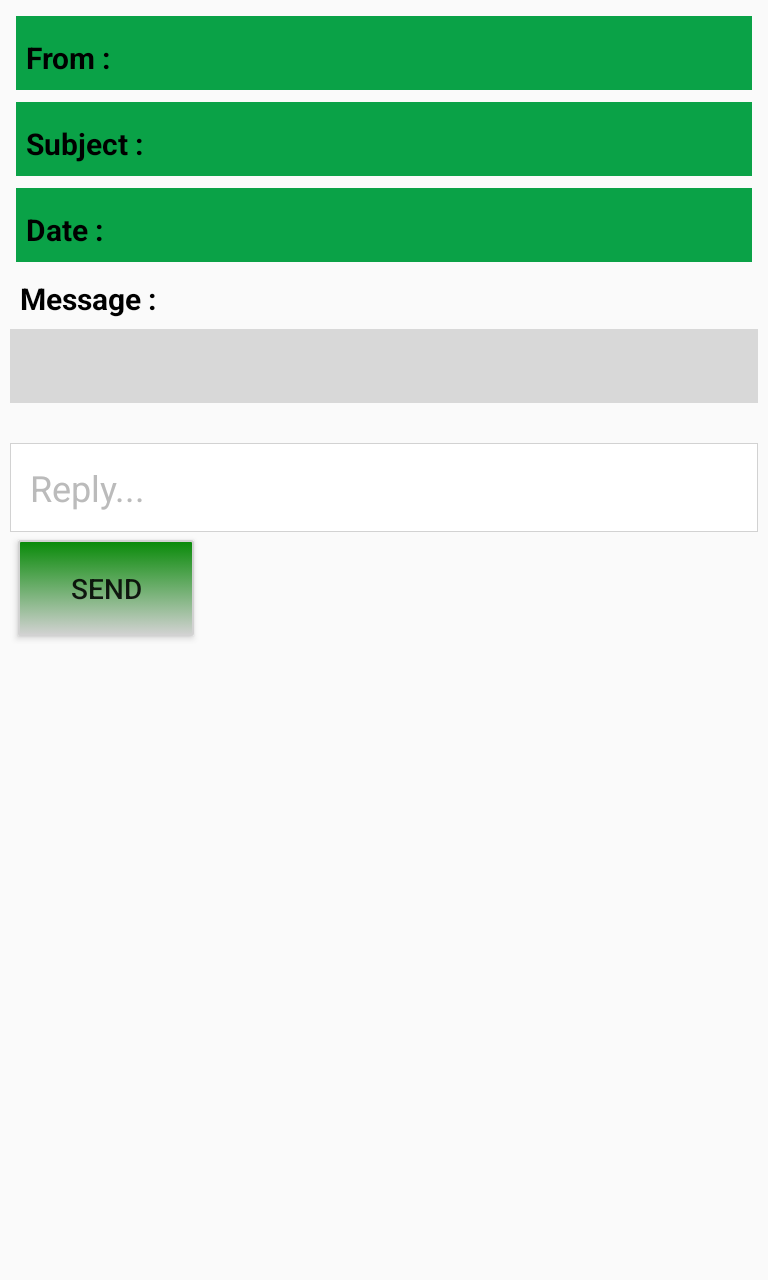
Repository: iguardian2015/iguardian-litchi
Layout: iguardian/res/layout/custom_inbox_view.xml
An editor plug-in stored every save of this project. The layout is shown before and after the next save, followed by the edit.
It is drawn on a 768 x 1280 px phone screen (xhdpi) without system bars, with theme AppTheme; the app's code is not run.

Above is the layout before, as saved 2015-01-10 12:18:12.

### iguardian/res/layout/custom_inbox_view.xml
<?xml version="1.0" encoding="utf-8"?>
<ScrollView xmlns:android="http://schemas.android.com/apk/res/android"
    android:layout_width="fill_parent"
    android:layout_height="fill_parent" >

    <LinearLayout
        android:layout_width="fill_parent"
        android:layout_height="fill_parent"
        android:padding="5dp"
        android:orientation="vertical" >

        <LinearLayout
            android:layout_width="match_parent"
            android:layout_height="wrap_content"
            android:layout_margin="3dp"
            android:background="#0AA247"
            android:orientation="horizontal" >

            <TextView
                android:id="@+id/from"
                android:layout_width="wrap_content"
                android:layout_height="wrap_content"
                android:padding="5dp"
                android:text="From :"
                android:textAppearance="?android:attr/textAppearanceLarge"
                android:textColor="#000000"
                android:textSize="15dp"
                android:textStyle="bold" />

            <TextView
                android:id="@+id/name"
                android:layout_width="wrap_content"
                android:layout_height="wrap_content"
                android:padding="5dp"
                android:textAppearance="?android:attr/textAppearanceLarge"
                android:textColor="#000000"
                android:textSize="20dp"
                android:textStyle="normal" />
        </LinearLayout>

        <LinearLayout
            android:layout_width="match_parent"
            android:layout_height="wrap_content"
            android:layout_margin="3dp"
            android:background="#0AA247"
            android:orientation="horizontal" >

            <TextView
                android:id="@+id/subject"
                android:layout_width="wrap_content"
                android:layout_height="wrap_content"
                android:padding="5dp"
                android:text="Subject :"
                android:textAppearance="?android:attr/textAppearanceLarge"
                android:textColor="#000000"
                android:textSize="15dp"
                android:textStyle="bold" />

            <TextView
                android:id="@+id/message_subject"
                android:layout_width="wrap_content"
                android:layout_height="wrap_content"
                android:padding="5dp"
                android:textAppearance="?android:attr/textAppearanceLarge"
                android:textColor="#000000"
                android:textSize="20dp"
                android:textStyle="normal" />
        </LinearLayout>

        <LinearLayout
            android:layout_width="match_parent"
            android:layout_height="wrap_content"
            android:layout_margin="3dp"
            android:background="#0AA247"
            android:orientation="horizontal" >

            <TextView
                android:id="@+id/dates"
                android:layout_width="wrap_content"
                android:layout_height="wrap_content"
                android:padding="5dp"
                android:text="Date :"
                android:textAppearance="?android:attr/textAppearanceLarge"
                android:textColor="#000000"
                android:textSize="15dp"
                android:textStyle="bold" />

            <TextView
                android:id="@+id/date"
                android:layout_width="wrap_content"
                android:layout_height="wrap_content"
                android:padding="5dp"
                android:textAppearance="?android:attr/textAppearanceLarge"
                android:textColor="#000000"
                android:textSize="20dp"
                android:textStyle="normal" />
        </LinearLayout>
			 <TextView
                android:id="@+id/message"
                android:layout_width="wrap_content"
                android:layout_height="wrap_content"
                android:padding="5dp"
                android:text="Message :"
                android:textAppearance="?android:attr/textAppearanceLarge"
                android:textColor="#000000"
                android:textSize="15dp"
                android:textStyle="bold" />


            <TextView
                android:id="@+id/mes"
                android:layout_width="match_parent"
                android:layout_height="wrap_content"

                android:padding="5dp"
                android:paddingTop="10dp"
                android:background="#D8D8D8"
                android:textAppearance="?android:attr/textAppearanceLarge"
                android:textColor="#525250"
                android:textSize="20dp"
                android:textStyle="normal" />








        <!-- <LinearLayout
            android:layout_width="match_parent"
            android:layout_height="wrap_content"
            android:layout_margin="3dp"
            android:orientation="horizontal" > -->

            <!-- <EditText
                android:id="@+id/reply_message"
                android:layout_width="wrap_content"
                android:layout_height="wrap_content"
                android:layout_margin="8dp"
                android:hint="Write message..."
                android:inputType="textMultiLine"
                android:padding="15dp" />
 -->
           <!--  <Button
                android:id="@+id/send_message"
                android:layout_width="wrap_content"
                android:layout_height="wrap_content"
                android:layout_margin="8dp"
                android:text="Send" /> -->

            <EditText
            android:id="@+id/reply_message"
            android:layout_width="match_parent"
            android:layout_height="match_parent"
            android:layout_marginTop="20dp"
            android:background="@drawable/edittext_default_bg"
            android:hint="Reply..."
            android:inputType="textMultiLine"
            android:padding="10dp"
            android:textColorHint="#bbbbbb" />

        <Button
            android:id="@+id/send_message"
            android:layout_width="wrap_content"
            android:layout_height="match_parent"
            android:layout_margin="4dp"
            android:background="@drawable/button_default_bg"
            android:padding="10dp"
            android:text="Send" />


    </LinearLayout>

</ScrollView>

### iguardian/res/values/styles.xml
<resources>

    <!--
        Base application theme, dependent on API level. This theme is replaced
        by AppBaseTheme from res/values-vXX/styles.xml on newer devices.
    -->
    <style name="AppBaseTheme" parent="Theme.AppCompat.Light">
        <!--
            Theme customizations available in newer API levels can go in
            res/values-vXX/styles.xml, while customizations related to
            backward-compatibility can go here.
        -->
    </style>

    <!-- Application theme. -->
    <style name="AppTheme" parent="AppBaseTheme">
        <!-- All customizations that are NOT specific to a particular API-level can go here. -->
    </style>

    <style name="DefaultButtonText">
       <item name="android:layout_width">fill_parent</item>
        <item name="android:layout_height">wrap_content</item>
        <item name="android:textColor">#FFFFFF</item>
        <item name="android:gravity">center</item>
        <item name="android:layout_margin">3dp</item>
        <item name="android:textStyle">normal</item>
        <item name="android:textSize">20sp</item>
        <item name="android:shadowColor">#f9f9f9</item>
        <item name="android:shadowDx">1</item>
        <item name="android:shadowDy">1</item>
        <item name="android:shadowRadius">1</item>
    </style>

    <style name="btnStyleBeige" parent="@android:style/Widget.Button">
       <item name="android:textSize">15sp</item>
       <item name="android:textStyle">bold</item>
       <item name="android:textColor">#5d6153</item>
       <item name="android:gravity">center</item>
       <item name="android:shadowColor">#000000</item>
       <item name="android:shadowDx">1</item>
       <item name="android:shadowDy">1</item>
       <item name="android:shadowRadius">0.6</item>
       <item name="android:background">@drawable/custom_button</item>
       <item name="android:padding">10dip</item>
   </style>

</resources>

### iguardian/res/drawable-hdpi/edittext_default_bg.xml
<?xml version="1.0" encoding="utf-8"?>
<shape xmlns:android="http://schemas.android.com/apk/res/android"
    android:shape="rectangle" android:padding="5dp">
     <solid android:color="#FFFFFF"/>
     <stroke
        android:width="0.5dp"
        android:color="#d2d2d2" />
</shape>

### iguardian/res/drawable-hdpi/button_default_bg.xml
<?xml version="1.0" encoding="utf-8"?>
<selector xmlns:android="http://schemas.android.com/apk/res/android">
    <item  android:state_pressed="true" >
        <shape>
            <solid
                android:color="#f8f9fa" />
            <stroke
                android:width="1dp"
                android:color="#8CDA2C" />
            <corners
                android:radius="1dp" />

        </shape>
    </item>
    <item>
        <shape>
            <gradient
                android:startColor="#088A08"
                android:endColor="#d2d2d2"
                android:angle="270" />
            <stroke
                android:width="1dp"
                android:color="#d2d2d2" />
            <corners
                android:radius="1dp" />

        </shape>
    </item>
</selector>

Loaded but not shown: iguardian/res/values-v11/styles.xml (common file); iguardian/res/values-v14/styles.xml (common file)

After the next save:
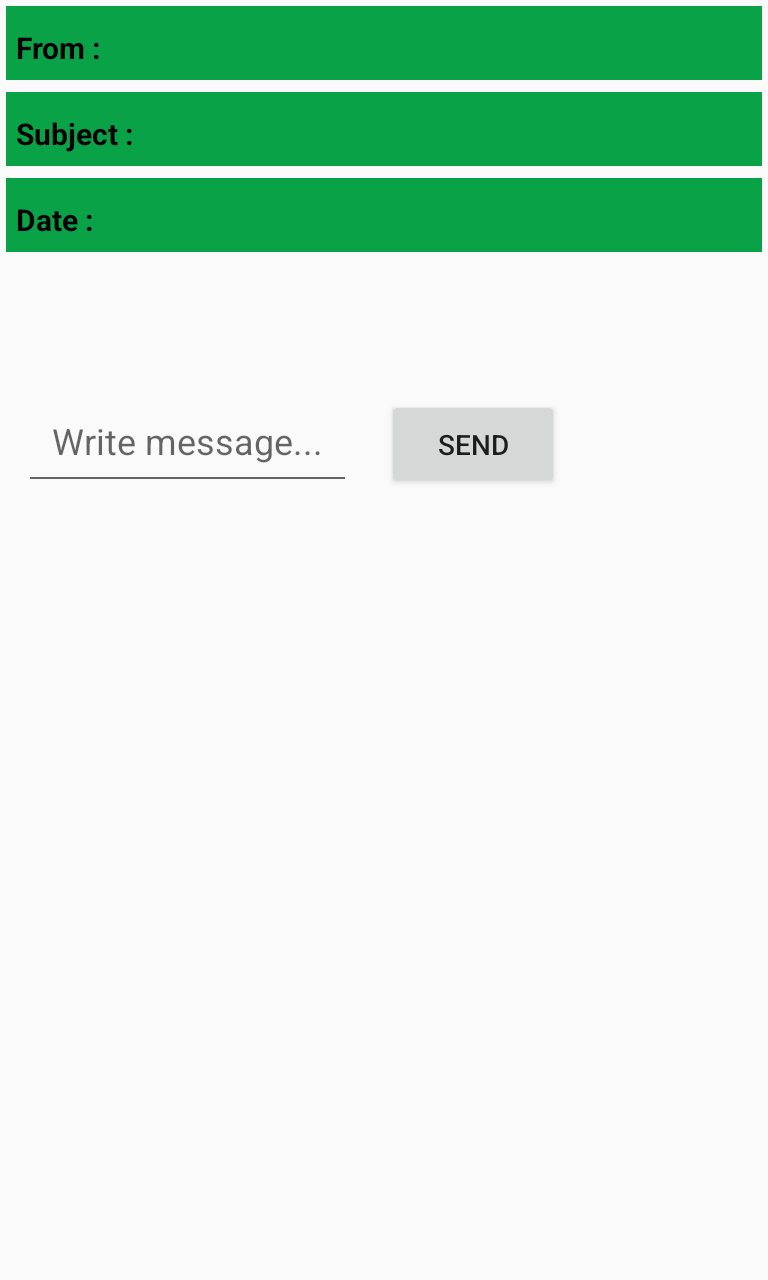
Saved 3 min 50 s later.
--- a/iguardian/res/layout/custom_inbox_view.xml
+++ b/iguardian/res/layout/custom_inbox_view.xml
@@ -6,7 +6,6 @@
     <LinearLayout
         android:layout_width="fill_parent"
         android:layout_height="fill_parent"
-        android:padding="5dp"
         android:orientation="vertical" >
 
         <LinearLayout
@@ -35,7 +34,7 @@
                 android:textAppearance="?android:attr/textAppearanceLarge"
                 android:textColor="#000000"
                 android:textSize="20dp"
-                android:textStyle="normal" />
+                android:textStyle="italic" />
         </LinearLayout>
 
         <LinearLayout
@@ -64,7 +63,7 @@
                 android:textAppearance="?android:attr/textAppearanceLarge"
                 android:textColor="#000000"
                 android:textSize="20dp"
-                android:textStyle="normal" />
+                android:textStyle="italic" />
         </LinearLayout>
 
         <LinearLayout
@@ -93,47 +92,31 @@
                 android:textAppearance="?android:attr/textAppearanceLarge"
                 android:textColor="#000000"
                 android:textSize="20dp"
-                android:textStyle="normal" />
+                android:textStyle="italic" />
         </LinearLayout>
-			 <TextView
-                android:id="@+id/message"
-                android:layout_width="wrap_content"
-                android:layout_height="wrap_content"
-                android:padding="5dp"
-                android:text="Message :"
-                android:textAppearance="?android:attr/textAppearanceLarge"
-                android:textColor="#000000"
-                android:textSize="15dp"
-                android:textStyle="bold" />
+
 
 
             <TextView
                 android:id="@+id/mes"
-                android:layout_width="match_parent"
+                android:layout_width="wrap_content"
                 android:layout_height="wrap_content"
-
+                android:layout_margin="8dp"
                 android:padding="5dp"
                 android:paddingTop="10dp"
-                android:background="#D8D8D8"
                 android:textAppearance="?android:attr/textAppearanceLarge"
                 android:textColor="#525250"
                 android:textSize="20dp"
-                android:textStyle="normal" />
+                android:textStyle="italic" />
 
 
-
-
-
-
-
-
-        <!-- <LinearLayout
+        <LinearLayout
             android:layout_width="match_parent"
             android:layout_height="wrap_content"
             android:layout_margin="3dp"
-            android:orientation="horizontal" > -->
+            android:orientation="horizontal" >
 
-            <!-- <EditText
+            <EditText
                 android:id="@+id/reply_message"
                 android:layout_width="wrap_content"
                 android:layout_height="wrap_content"
@@ -141,35 +124,14 @@
                 android:hint="Write message..."
                 android:inputType="textMultiLine"
                 android:padding="15dp" />
- -->
-           <!--  <Button
+
+            <Button
                 android:id="@+id/send_message"
                 android:layout_width="wrap_content"
                 android:layout_height="wrap_content"
                 android:layout_margin="8dp"
-                android:text="Send" /> -->
-
-            <EditText
-            android:id="@+id/reply_message"
-            android:layout_width="match_parent"
-            android:layout_height="match_parent"
-            android:layout_marginTop="20dp"
-            android:background="@drawable/edittext_default_bg"
-            android:hint="Reply..."
-            android:inputType="textMultiLine"
-            android:padding="10dp"
-            android:textColorHint="#bbbbbb" />
-
-        <Button
-            android:id="@+id/send_message"
-            android:layout_width="wrap_content"
-            android:layout_height="match_parent"
-            android:layout_margin="4dp"
-            android:background="@drawable/button_default_bg"
-            android:padding="10dp"
-            android:text="Send" />
-
-
+                android:text="Send" />
+        </LinearLayout>
     </LinearLayout>
 
 </ScrollView>
